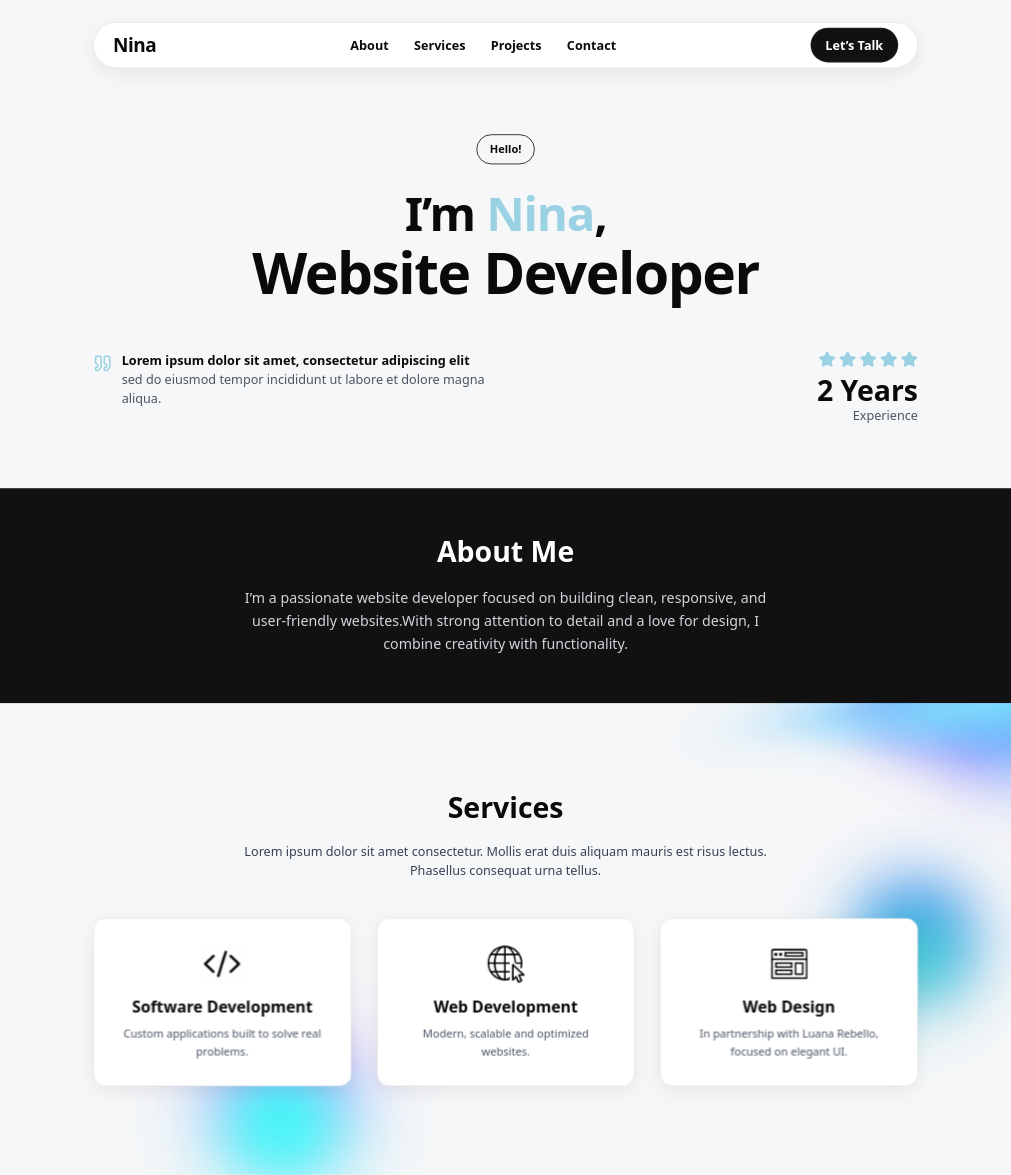
Repository: nina-rebello/portfolio
Page: /
These files come from the project's save history. The page is drawn as it stood at one moment and after a run of saves; the edit follows.
The browser window is 1280 px wide. The pictures show the whole page, at 79% of full size.
The project was rebuilt for these pictures with package versions that can differ from the ones it lists, and the page was loaded fresh each time. The framework's server and built-in components were replaced by stand-ins that run in the browser. Also part of the build but not shown: next.config.ts.

Above is the page before, as saved 2025-09-11 16:06:36.

After the next 5 saves:
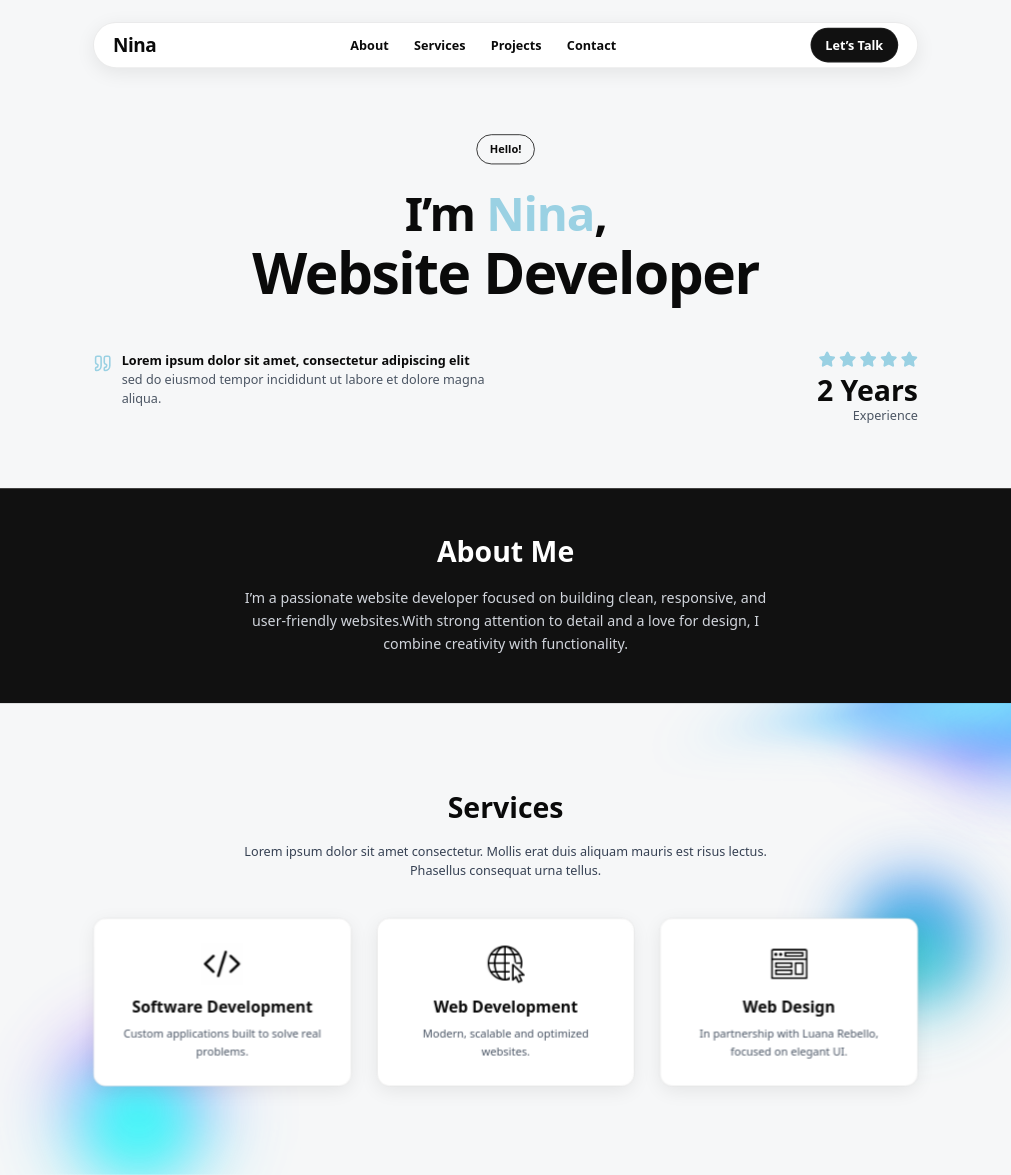
The 5 saves are shown as one change because they came seconds apart.
The last was saved 15 s later.
--- a/components/sections/Services.tsx
+++ b/components/sections/Services.tsx
@@ -36,7 +36,7 @@ export default function Services() {
           alt=""
           width={1200}
           height={1200}
-          className="absolute -bottom-40 left-[8%] w-[520px] opacity-70"
+          className="absolute -bottom-40 -left-20 w-[520px] opacity-70"
         />
         <Image
           src="/gradients/blur-gradient.png"
